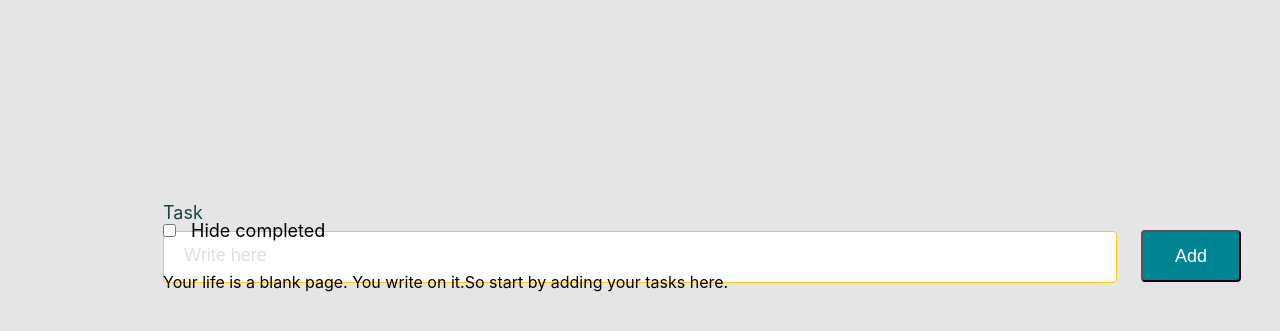
Repository: ArusyakAghajanyan/ToDoMamble
Page: /
An editor plug-in stored every save of this project. The page is shown before and after the next save, followed by the edit.
The browser window is 1280 px wide. The pictures show the whole page.
The project was rebuilt for these pictures with package versions that can differ from the ones it lists, and the page was loaded fresh each time. Also part of the build but not shown: src/components/toDoItem.css, src/components/ToDoItem.jsx, src/components/confirm.css, src/components/Confirm.jsx.

Above is the page before, as saved 2022-05-25 13:07:32.

After the next save:
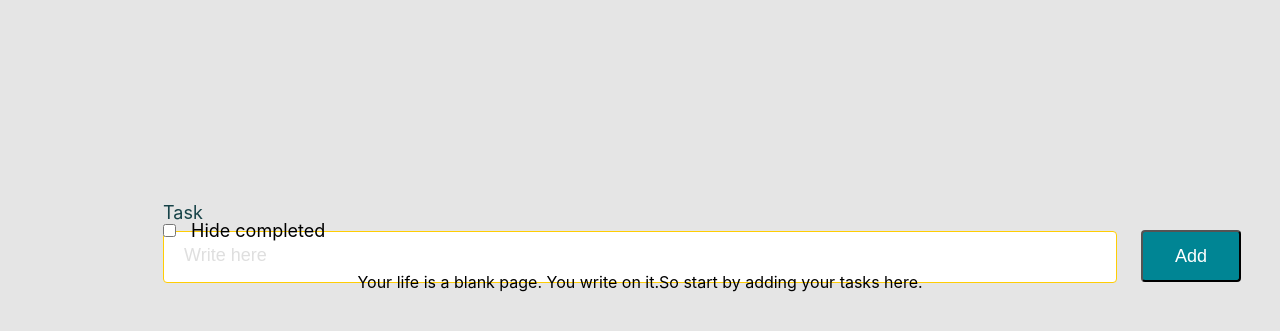
Saved 19 s later.
--- a/src/components/toDoList.css
+++ b/src/components/toDoList.css
@@ -6,7 +6,7 @@
  .listText{
      display: flex;
 
-/* justify-content: center;
+justify-content: center;
 align-items: center; */
 /* flex-direction: column;
 
@@ -21,4 +21,4 @@ letter-spacing: 0.2px;
 font-size: 36px;
 letter-spacing: 0.002em;
 
-} */
+}
